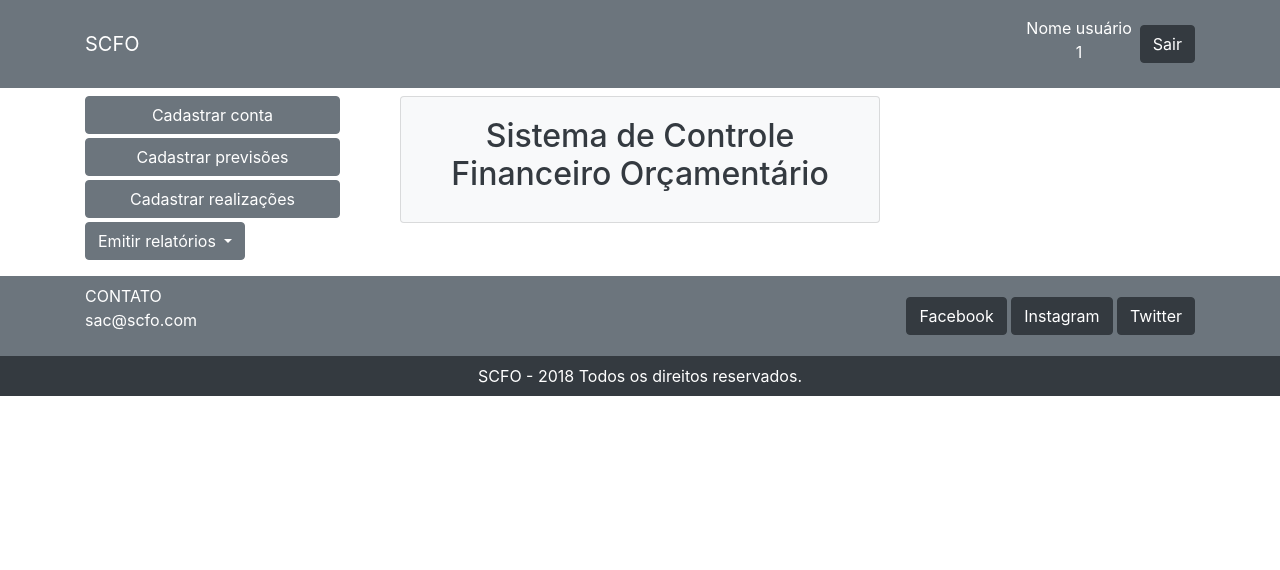
Repository: MaickSilva/scfoheroku
Page: http://localhost/logado.php
The author's editor kept a record of every edit. The page is drawn from the files as they stood at one moment, then again after the next edit.
The browser window is 1280 px wide. The pictures show the whole page.
Some web libraries are served in a nearby version. The page is run by PHP 8.4 with error messages shown; the project is at /var/www/html/. The session is filled in as if someone had signed in: {"UsuarioLog": true, "cpf": 1, "senha": 1}. Other server files are loaded and not shown.

Above is the page before.

### workspace/logado.php
<?php include "header.php" ?>
<?php
    session_start();
    if(!isset($_SESSION['UsuarioLog'])){
        header("Location: index.php");
        session_destroy();
    }

    if(isset($_GET['logout'])){
        session_destroy();
        header("Location: index.php");
    }
?>

    <?php include "navbarLogado.php" ?>

        <div class="container mb-3">
            <div class="row">
                <div class="col-12 col-sm-12 col-md-4 col-lg-3">
                    <div class="nav flex-column nav-pills mt-2" id="v-pills-tab" role="tablist" aria-orientation="vertical">
                        <a href="cadastrarConta.php" class="btn btn-secondary" id="cadastroConta" role="tab" aria-controls="v-pills-home" aria-selected="false">Cadastrar conta</a>
                        <a href="cadastrarPrevisao.php" class="btn btn-secondary mt-1" id="v-pills-profile-tab" role="tab" aria-controls="v-pills-profile" aria-selected="false">Cadastrar previsões</a>
                        <a href="inserirValores.php" class="btn btn-secondary mt-1" id="inserirValores" role="tab" aria-controls="v-pills-valores" aria-selected="false">Cadastrar realizações</a>
                        <div class="dropdown">
                          <a class="btn btn-secondary dropdown-toggle mt-1 text-white" id="dropdownMenuLink" aria-controls="v-pills-valores" role="tab" data-toggle="dropdown" aria-haspopup="true" aria-expanded="false">
                            Emitir relatórios
                          </a>
                          <div class="dropdown-menu" aria-labelledby="dropdownMenuLink">
                            <a class="dropdown-item" href="#">Relatorio 1</a>
                            <a class="dropdown-item" href="#">Relatorio 2</a>
                            <a class="dropdown-item" href="#">Relatorio 3</a>
                          </div>
                        </div>
                    </div>
                </div>

                <div class="col-12 col-sm-12 col-md-8 col-lg-6">
                    <div class="card text-white bg-light mb-3 mt-2 mx-auto" style="max-width: 30rem;">
                        <div class="card-body">
                            <div class="container">
                                <form class="mx-auto text-dark " style="width: auto;" "card-text">
                                    <div class="container text-center">
                                        <h2>Sistema de Controle Financeiro Orçamentário</h2>
                                    </div>
                                </form>
                            </div>
                        </div>
                    </div>
                </div>
            </div>
        </div>

    <?php include "footer.php" ?>

</body>
</html>

### workspace/header.php
<!DOCTYPE html>
<html lang="pt-br">

<head>
    <meta charset="utf-8">
    <meta http-equiv="X-UA-Compatible" content="IE=edge">
    <meta name="viewport" content="width=device-width, initial-scale=1">
    <title>Sistema de Controle Financeiro Orçamentário</title>

    <!-- Bootstrap CSS-->
    <link rel="stylesheet" href="css/bootstrap.min.css">
    <link rel="stylesheet" href="css/style.css">

    <link rel="stylesheet" href="https://use.fontawesome.com/releases/v5.0.12/css/all.css" integrity="sha384-G0fIWCsCzJIMAVNQPfjH08cyYaUtMwjJwqiRKxxE/rx96Uroj1BtIQ6MLJuheaO9" crossorigin="anonymous">

    <!-- Formatação de textos -->
    <script>
        function formatar(mascara, documento){
          var i = documento.value.length;
          var saida = mascara.substring(0,1);
          var texto = mascara.substring(i)

          if (texto.substring(0,1) != saida){
                    documento.value += texto.substring(0,1);
          }

        }
    </script>
</head>

<body>

### workspace/navbarLogado.php
<nav class="navbar navbar-expand-md navbar-dark bg-secondary ">
    <div class="container">
        <a class="navbar-brand " href="logado.php">SCFO</a>
        <form class="form-inline">
            <ul class="list-unstyled text-white text-center ml-2 mr-2 pt-2">
                <li>
                    <p class="mb-0 ">Nome usuário</p>
                </li>
                <li>
                    <?php
                    echo " ".$_SESSION['cpf']
                    ?>

                </li>
            </ul>
            <button type="button" class="btn btn-dark">Sair</button>
        </form>
    </div>
</nav>

### workspace/footer.php


    <footer class="container-fluid navbar navbar-expand-md navbar-dark bg-secondary">
        <div class="container text-white">
            <p>CONTATO<br>
            <span>sac@scfo.com</span></p>

          <nav class="float-right">
              <span>
                  <button class="btn btn-dark">Facebook</button>
                  <button class="btn btn-dark">Instagram</button>
                  <button class="btn btn-dark">Twitter</button>
              </span>
          </nav>
        </div>
    </footer>

    <div class="container-fluid bg-dark text-center text-white p-2">SCFO - 2018 Todos os direitos reservados.</div>

  <script src="js/jquery-3.3.1.slim.min.js"></script>
  <script src="js/popper.min.js"></script>
  <script src="js/bootstrap.min.js"></script>

Loaded but not shown: workspace/css/bootstrap.min.css (library); workspace/js/jquery-3.3.1.slim.min.js (library); workspace/js/popper.min.js (library); workspace/js/bootstrap.min.js (library); workspace/css/style.css (no stored copy; drawn as an empty file)

After the next edit:
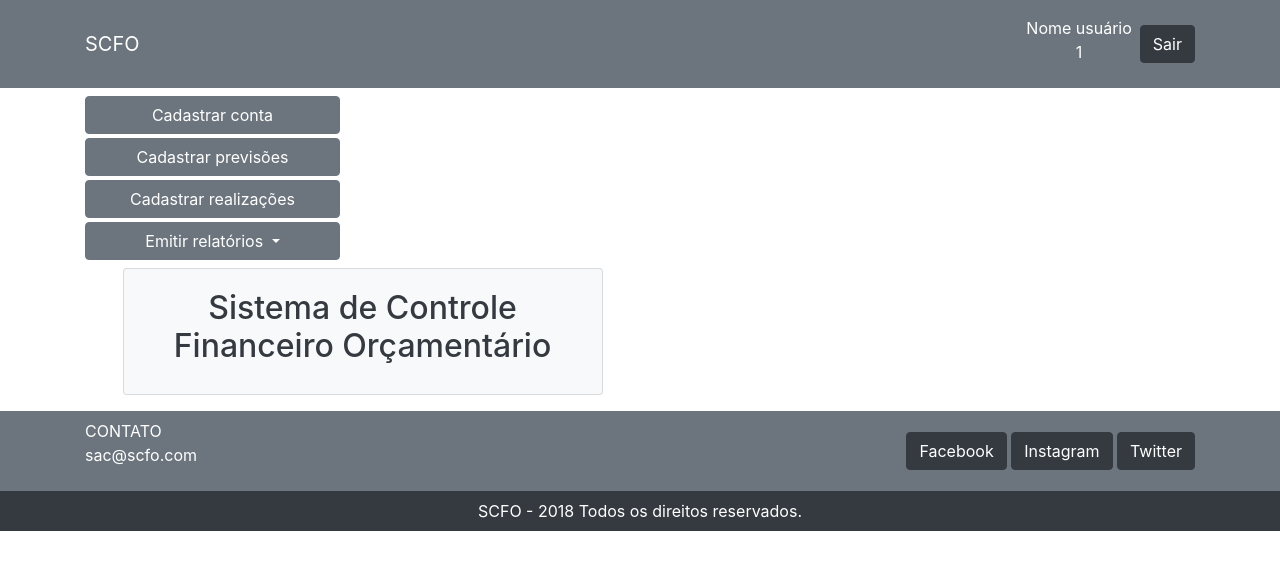
The edit:
--- a/workspace/logado.php
+++ b/workspace/logado.php
@@ -21,7 +21,7 @@
                         <a href="cadastrarConta.php" class="btn btn-secondary" id="cadastroConta" role="tab" aria-controls="v-pills-home" aria-selected="false">Cadastrar conta</a>
                         <a href="cadastrarPrevisao.php" class="btn btn-secondary mt-1" id="v-pills-profile-tab" role="tab" aria-controls="v-pills-profile" aria-selected="false">Cadastrar previsões</a>
                         <a href="inserirValores.php" class="btn btn-secondary mt-1" id="inserirValores" role="tab" aria-controls="v-pills-valores" aria-selected="false">Cadastrar realizações</a>
-                        <div class="dropdown">
+                        <a class="dropdown">
                           <a class="btn btn-secondary dropdown-toggle mt-1 text-white" id="dropdownMenuLink" aria-controls="v-pills-valores" role="tab" data-toggle="dropdown" aria-haspopup="true" aria-expanded="false">
                             Emitir relatórios
                           </a>

After the edit that followed:
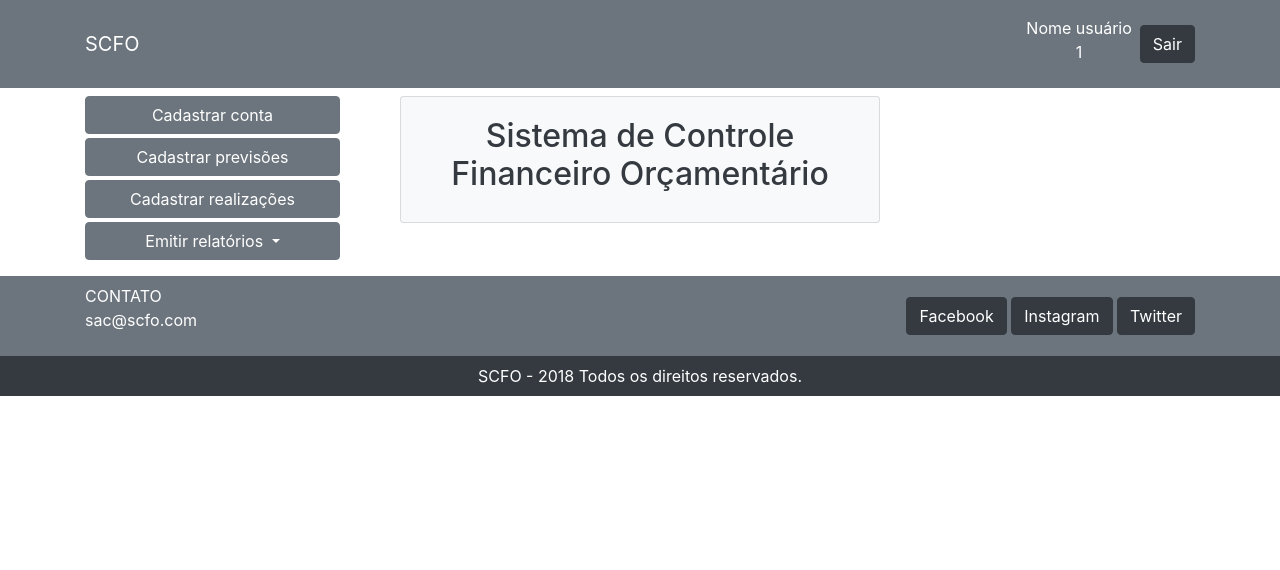
The edit:
--- a/workspace/logado.php
+++ b/workspace/logado.php
@@ -30,7 +30,7 @@
                             <a class="dropdown-item" href="#">Relatorio 2</a>
                             <a class="dropdown-item" href="#">Relatorio 3</a>
                           </div>
-                        </div>
+                        </a>
                     </div>
                 </div>
 
